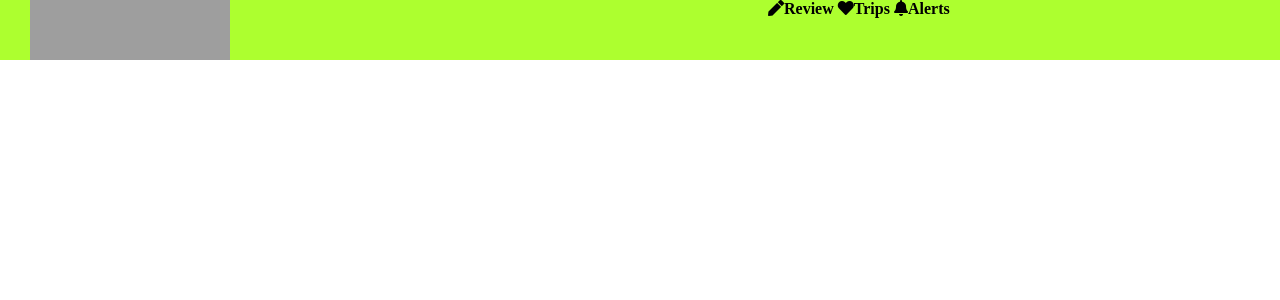
Repository: devix2107/thanhvia8.github.io
Page: Web-tripadvisor/index.html
An editor plug-in stored every save of this project. The page is shown before and after the next save, followed by the edit.
The browser window is 1280 px wide. The pictures show the whole page.
Pictures or frames that could not be fetched are drawn as grey boxes.

Above is the page before, as saved 2021-11-28 10:07:56.

After the next save:
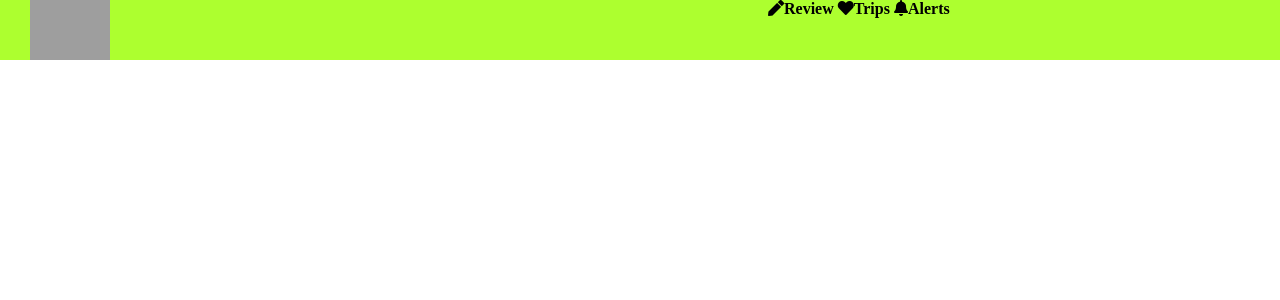
Saved 6 s later.
--- a/Web-tripadvisor/assets/css/main.css
+++ b/Web-tripadvisor/assets/css/main.css
@@ -19,7 +19,7 @@
 }
 
 .header-left img {
-  width: 200px;
+  /* width: 200px; */
   height: 60px;
   display: block;
   margin-left: 30px;
